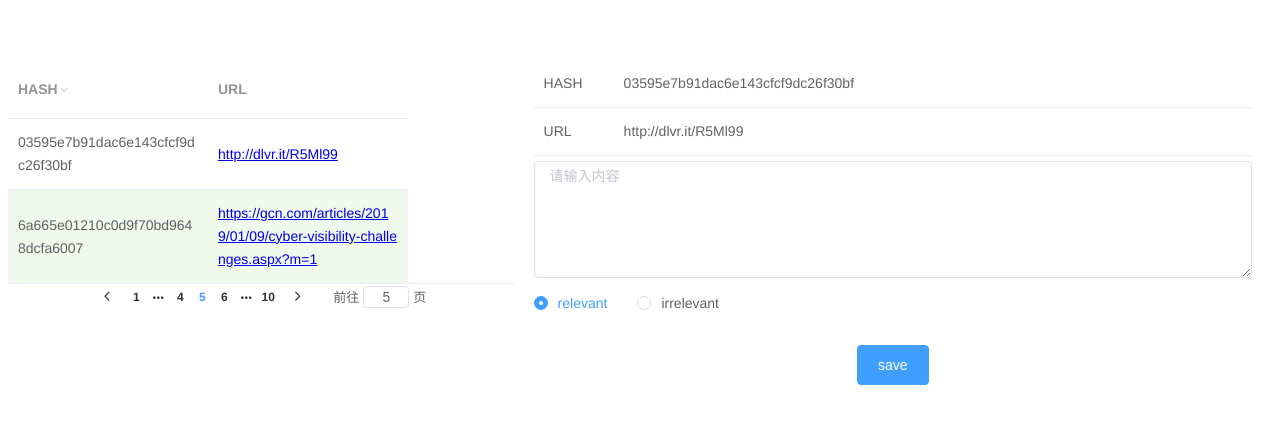
Repository: NicoleGX/TI
Page: /
An editor plug-in stored every save of this project. The page is shown before and after the next save, followed by the edit.
The browser window is 1280 px wide. The pictures show the whole page.
The page's requests for data from a server got no answer. The project was rebuilt for these pictures with package versions that can differ from the ones it lists, and the page was loaded fresh each time. No one was signed in, and anything a server would have sent is missing.

Above is the page before, as saved 2019-05-29 14:57:38.

After the next save:
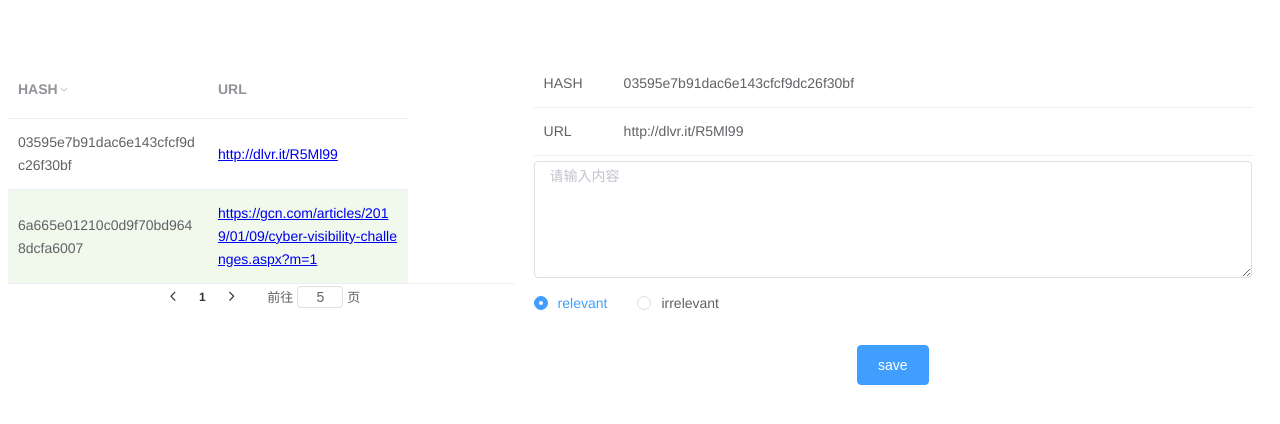
Saved 88 s later.
--- a/src/views/TextClassification.vue
+++ b/src/views/TextClassification.vue
@@ -29,9 +29,9 @@
           @size-change="handleSizeChange"
           @current-change="handleCurrentChange"
           :current-page.sync="currentPage3"
-          :page-size="100"
+          :page-size="pagesize"
           layout="prev, pager, next, jumper"
-          :total="1000"
+          :total="pages_num"
           :pager-count="5"
           small>
         </el-pagination>
@@ -134,7 +134,9 @@ export default {
       currentPage1: 5,
       currentPage2: 5,
       currentPage3: 5,
-      currentPage4: 4
+      currentPage4: 4,
+      pagesize: 50,
+      pages_num: 0
     }
   }
 }
